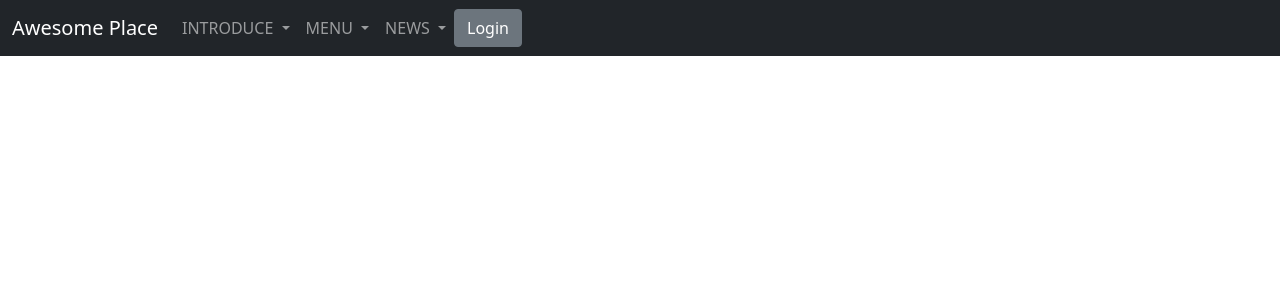
Repository: sikim0629/AwesomePlace
Page: http://localhost/awesomePlace/main.jsp
An editor plug-in stored every save of this project. The page is shown before and after the next save, followed by the edit.
The browser window is 1280 px wide. The pictures show the whole page.
The page is served by Tomcat 9. Nobody is signed in. The application's start-up code is not run. Other server files are loaded and not shown.

Above is the page before, as saved 2021-11-12 09:58:58.

### awesomePlace/WebContent/main.jsp
<%@ page language="java" contentType="text/html; charset=UTF-8"
    pageEncoding="UTF-8"%>
<!DOCTYPE html>
<html>
<head>
<meta charset="UTF-8">
<title>Insert title here</title>
</head>
<body>
<%@ include file = "/header.jsp" %>



<%@ include file = "/footer.jsp" %>

</body>
</html>

### awesomePlace/WebContent/header.jsp
<%@ page language="java" contentType="text/html; charset=UTF-8"
    pageEncoding="UTF-8"%>
<!doctype html>
<html lang="en">
  <head>
    <!-- Required meta tags -->
    <meta charset="utf-8">
    <meta name="viewport" content="width=device-width, initial-scale=1">

    <!-- Bootstrap CSS -->
    <link href="https://cdn.jsdelivr.net/npm/bootstrap@5.1.3/dist/css/bootstrap.min.css" rel="stylesheet" integrity="sha384-1BmE4kWBq78iYhFldvKuhfTAU6auU8tT94WrHftjDbrCEXSU1oBoqyl2QvZ6jIW3" crossorigin="anonymous">

    <title>어썸플레이스</title>
  </head>
  <body>
	<nav class="navbar navbar-expand-lg navbar-dark bg-dark">
  		<div class="container-fluid">
    		<a class="navbar-brand" href="/index.html">Awesome Place</a>
    		<button class="navbar-toggler" type="button" data-bs-toggle="collapse" data-bs-target="#navbarNavDropdown" aria-controls="navbarNavDropdown" aria-expanded="false" aria-label="Toggle navigation">
      			<span class="navbar-toggler-icon"></span>
    		</button>
	    <div class="collapse navbar-collapse" id="navbarNavDropdown">
	      <ul class="navbar-nav">
	        <li class="nav-item dropdown">
	          <a class="nav-link dropdown-toggle" href="#" id="navbarDropdownMenuLink" role="button" data-bs-toggle="dropdown" aria-expanded="false">
	            INTRODUCE
	          </a>
	          <ul class="dropdown-menu" aria-labelledby="navbarDropdownMenuLink">
	            <li><a class="dropdown-item" href="#">카페소개</a></li>
	            <li><a class="dropdown-item" href="#">매장찾기</a></li>
	          </ul>
	        </li>
	        <li class="nav-item dropdown">
	          <a class="nav-link dropdown-toggle" href="#" id="navbarDropdownMenuLink" role="button" data-bs-toggle="dropdown" aria-expanded="false">
	            MENU
	          </a>
	          <ul class="dropdown-menu" aria-labelledby="navbarDropdownMenuLink">
	            <li><a class="dropdown-item" href="#">COFFEE</a></li>
	            <li><a class="dropdown-item" href="#">TEA</a></li>
	            <li><a class="dropdown-item" href="#">JUICE</a></li>
	          </ul>
	        </li>
	        <li class="nav-item dropdown">
	          <a class="nav-link dropdown-toggle" href="#" id="navbarDropdownMenuLink" role="button" data-bs-toggle="dropdown" aria-expanded="false">
	            NEWS
	          </a>
	          <ul class="dropdown-menu" aria-labelledby="navbarDropdownMenuLink">
	            <li><a class="dropdown-item" href="#">공지사항</a></li>
	            <li><a class="dropdown-item" href="#">이달의 이벤트</a></li>
	            <li><a class="dropdown-item" href="#">이달의 메뉴</a></li>
	          </ul>
	        </li>
	      </ul>
		    	<form class="form-inline my-2 my-lg-0">
			    	<a>
				      <button type="button" class="btn btn-secondary">Login</button>
				     </a>
			    </form>
	    </div>
	  </div>
</nav>

    <script src="https://cdn.jsdelivr.net/npm/bootstrap@5.1.3/dist/js/bootstrap.bundle.min.js" integrity="sha384-ka7Sk0Gln4gmtz2MlQnikT1wXgYsOg+OMhuP+IlRH9sENBO0LRn5q+8nbTov4+1p" crossorigin="anonymous"></script>

  </body>
</html>

Loaded but not shown: awesomePlace/WebContent/footer.jsp (common file)

After the next save:
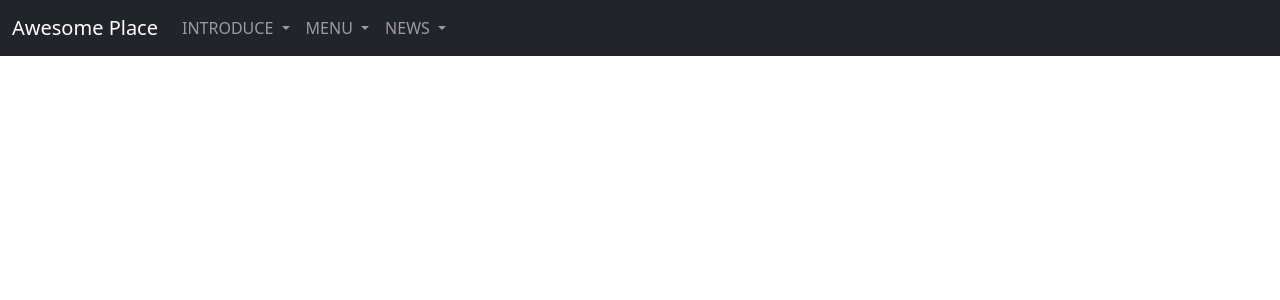
Saved 26 s later.
--- a/awesomePlace/WebContent/header.jsp
+++ b/awesomePlace/WebContent/header.jsp
@@ -53,7 +53,7 @@
 	      </ul>
 		    	<form class="form-inline my-2 my-lg-0">
 			    	<a>
-				      <button type="button" class="btn btn-secondary">Login</button>
+				      <button type="button" class="btn btn-outline-dark">Login</button>
 				     </a>
 			    </form>
 	    </div>
